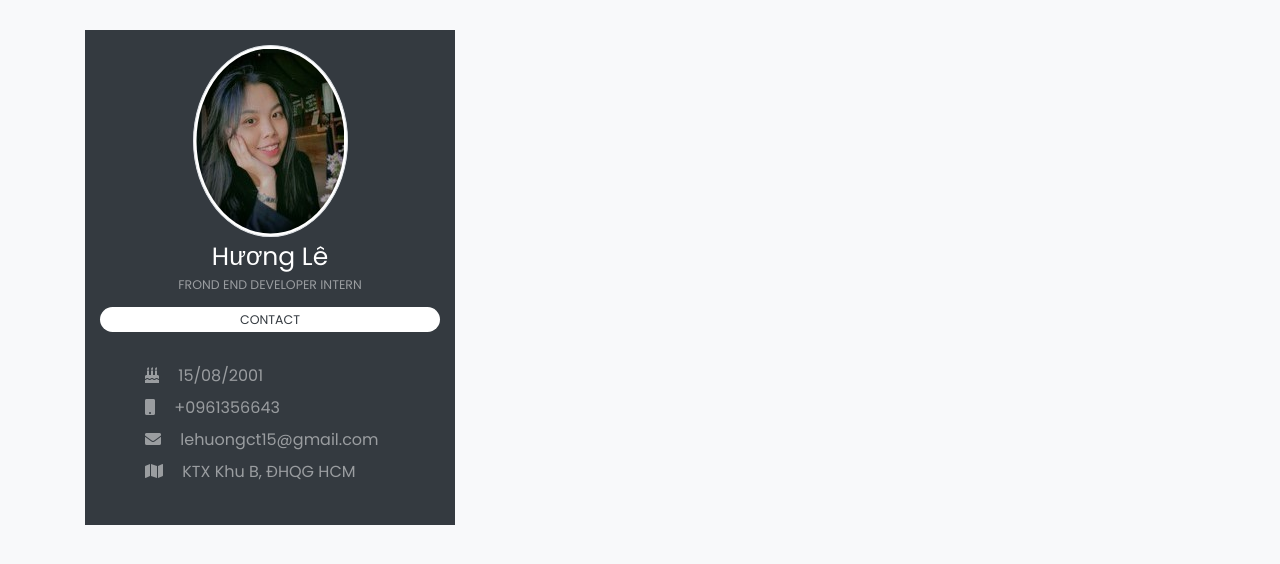
Repository: huongle158/cvhuongle
Page: index.html
The author's editor kept a copy of each file at every save. The page is drawn from the files as they stood at one save, then again after the next save.
The browser window is 1280 px wide. The pictures show the whole page.
Some web libraries are served in a nearby version.

Above is the page before, as saved 2021-12-12 23:28:19.

### index.html
<!DOCTYPE html>
<html lang="en">
  <head>
    <title>Resume</title>
    <link
      href="https://fonts.googleapis.com/css2?family=Poppins:wght@400;600&display=swap"
      rel="stylesheet"
    />
    <link rel="stylesheet" href="https://cdnjs.cloudflare.com/ajax/libs/font-awesome/5.10.0/css/all.min.css" integrity="sha512-PgQMlq+nqFLV4ylk1gwUOgm6CtIIXkKwaIHp/PAIWHzig/lKZSEGKEysh0TCVbHJXCLN7WetD8TFecIky75ZfQ==" crossorigin="anonymous" referrerpolicy="no-referrer" />
    <!-- Required meta tags -->
    <meta charset="utf-8" />
    <meta
      name="viewport"
      content="width=device-width, initial-scale=1, shrink-to-fit=no"
    />

    <!-- Bootstrap CSS -->
    <link
      rel="stylesheet"
      href="https://stackpath.bootstrapcdn.com/bootstrap/4.3.1/css/bootstrap.min.css"
      integrity="sha384-ggOyR0iXCbMQv3Xipma34MD+dH/1fQ784/j6cY/iJTQUOhcWr7x9JvoRxT2MZw1T"
      crossorigin="anonymous"
    />
    <link rel="stylesheet" href="./assets/css/style.css" />
  </head>
  <body class="bg-light">
    <div class="container p-5">
      <div class="row">

        <div class="col-lg-4 bg-dark text-white text-center py-4">
          <div class="header-left">
            <img
              src="./assets/img/188108614_380364193279457_3096500343222530064_n (1).jpg"
              alt=""
              class="img-thumbnail rounded-circle mb-2"
            />
            <h1 class="display-5">Hương Lê</h1>
            <h4 class="lead text-uppercase text-white-50 mb-4">
              Frond End Developer Intern
            </h4>
          </div>

          <div>
              <h5 class="text-uppercase bg-white text-dark py-2 rounded-pill mb-5" >contact</h5>
              <ul class="list-unstyled text-white-50 ml-5 py-2 text-left">
                  <li class="list-item mb-4">
                      <i class="fas fa-birthday-cake mx-4"></i>
                     15/08/2001
                  </li>
                  <li class="list-item mb-4">
                      <i class="fa fa-mobile mx-4"></i>
                      +0961356643
                  </li>
                  <li class="list-item mb-4">
                      <i class="fa fa-envelope mx-4"></i>
                      lehuongct15@gmail.com
                  </li>
                  <li class="list-item mb-4">
                      <i class="fa fa-map mx-4"></i>
                      KTX Khu B, ĐHQG HCM
                  </li>

              </ul>
          </div>



        </div>

        <div class="col-lg-8 bg-light text-dark py-4 px-5"></div>
      </div>
    </div>

    <!-- Optional JavaScript -->
    <!-- jQuery first, then Popper.js, then Bootstrap JS -->
    <script
      src="https://code.jquery.com/jquery-3.3.1.slim.min.js"
      integrity="sha384-q8i/X+965DzO0rT7abK41JStQIAqVgRVzpbzo5smXKp4YfRvH+8abtTE1Pi6jizo"
      crossorigin="anonymous"
    ></script>
    <script
      src="https://cdnjs.cloudflare.com/ajax/libs/popper.js/1.14.7/umd/popper.min.js"
      integrity="sha384-UO2eT0CpHqdSJQ6hJty5KVphtPhzWj9WO1clHTMGa3JDZwrnQq4sF86dIHNDz0W1"
      crossorigin="anonymous"
    ></script>
    <script
      src="https://stackpath.bootstrapcdn.com/bootstrap/4.3.1/js/bootstrap.min.js"
      integrity="sha384-JjSmVgyd0p3pXB1rRibZUAYoIIy6OrQ6VrjIEaFf/nJGzIxFDsf4x0xIM+B07jRM"
      crossorigin="anonymous"
    ></script>
  </body>
</html>

### assets/css/style.css
html {
  box-sizing: border-box;
  font-family: 'Roboto', sans-serif;
}
* {
  margin: 0;
  padding: 0;
}
*,
*:before,
*:after {
  box-sizing: border-box;
}
input,
textarea,
select,
button {
  outline: none;
}
input {
  line-height: normal;
}
label,
button {
  cursor: pointer;
}
a {
  text-decoration: none;
}
img {
  display: block;
  max-width: 100%;
}
*,
*:before,
*:after {
  box-sizing: border-box;
}
/* using rem unit */
html {
  font-size: 62.5%;
}
a {
  text-decoration: none;
}
img {
  display: block;
  max-width: 100%;
}
body {
  font-family: "Poppins", sans-serif;
  font-size: 16px;
  line-height: 1;
}
/*  */
img.rounded-circle{
margin: 0 auto;
}

After the next save:
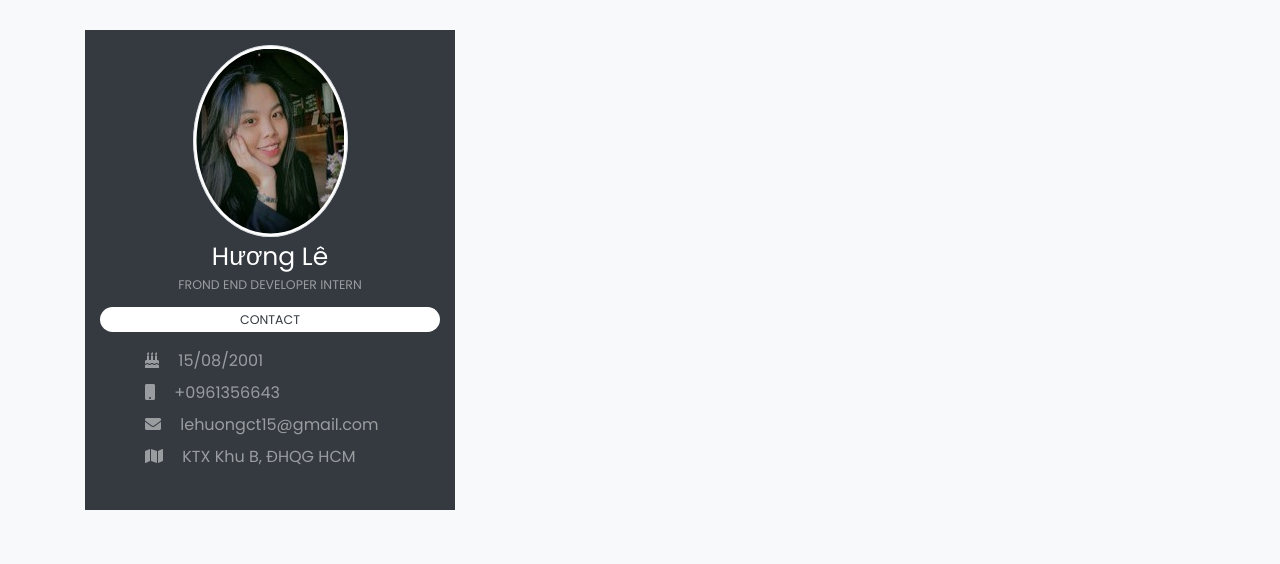
Saved 14 s later.
--- a/index.html
+++ b/index.html
@@ -41,7 +41,7 @@
           </div>
 
           <div>
-              <h5 class="text-uppercase bg-white text-dark py-2 rounded-pill mb-5" >contact</h5>
+              <h5 class="text-uppercase bg-white text-dark py-2 rounded-pill mb-4" >contact</h5>
               <ul class="list-unstyled text-white-50 ml-5 py-2 text-left">
                   <li class="list-item mb-4">
                       <i class="fas fa-birthday-cake mx-4"></i>
